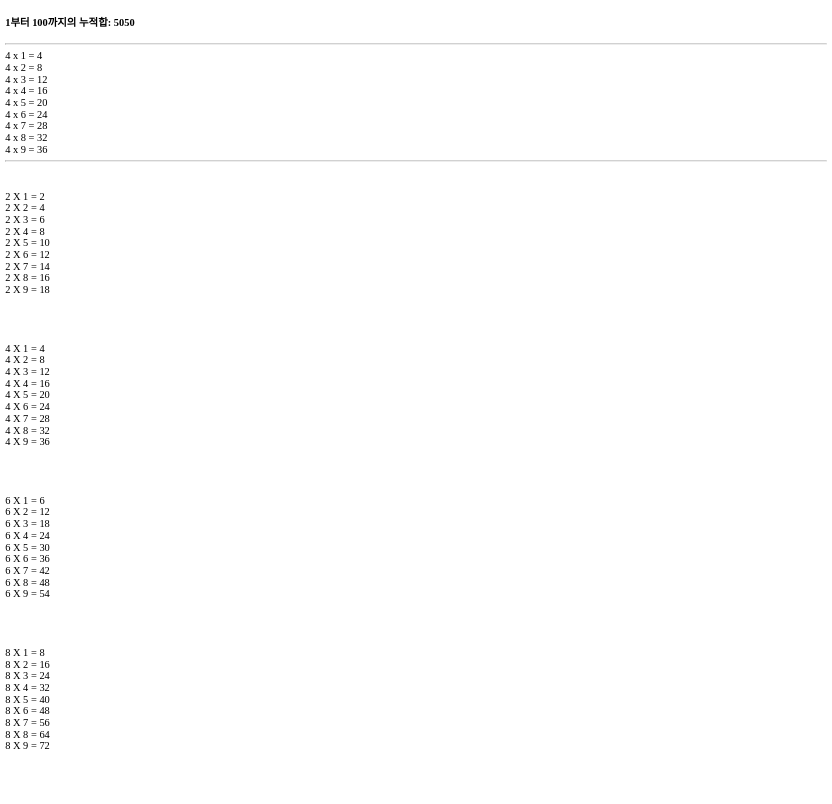
Repository: Baekdusan-baekho/jsp_practice
Page: http://localhost/JspBasic/JSTL/jstl_foreach.jsp
An editor plug-in stored every save of this project. The page is shown before and after the next save, followed by the edit.
The browser window is 1280 px wide. The pictures show the whole page, at 65% of full size.
The page is served by Tomcat 9.

Above is the page before, as saved 2023-09-12 05:58:32.

After the next save:
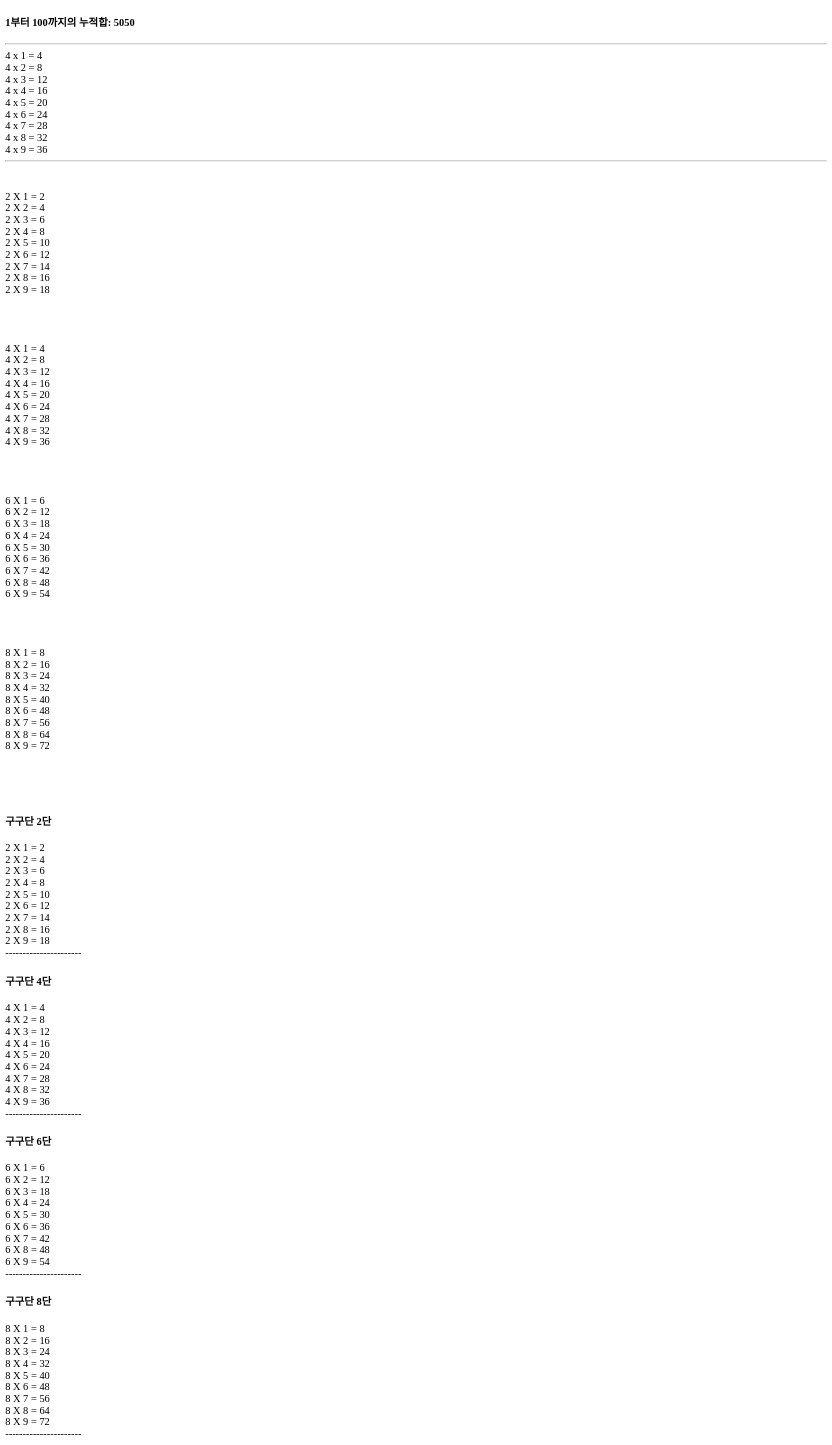
Saved 6 min 37 s later.
--- a/JspBasic/src/main/webapp/JSTL/jstl_foreach.jsp
+++ b/JspBasic/src/main/webapp/JSTL/jstl_foreach.jsp
@@ -63,6 +63,24 @@
 
 	</c:forEach>
 
+	<c:forEach var="dan" begin="2" end="9">
+		<c:if test="${dan % 2 == 0 }">
+			<h4>구구단 ${dan }단</h4>
+			<c:forEach var="hang" begin="1" end="9">
+				${dan } X ${hang } = ${dan*hang }<br>
+			</c:forEach>
+			${'----------------------' }
+		</c:if>
+	</c:forEach>
+
+
+
+
+	<c:set var="total" value="0" />
+	<c:forEach var="i" begin="1" end="100" step="1">
+		<c:set var="total" value="${total + i }"/>
+	</c:forEach>
+
 
 
 
